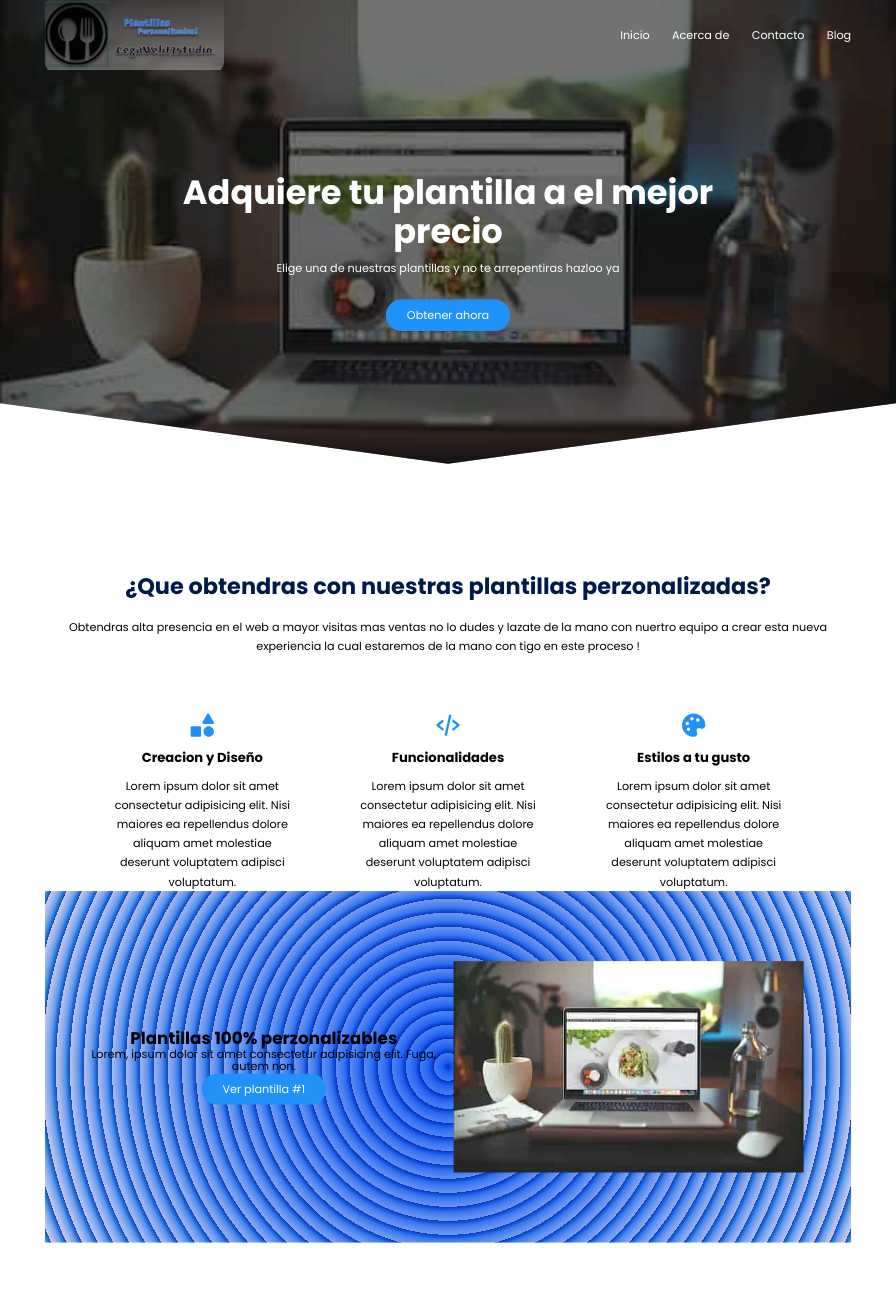
Repository: cega17/una-pagina-web
Page: index.html
An editor plug-in stored every save of this project. The page is shown before and after the next save, followed by the edit.
The browser window is 1280 px wide. The pictures show the whole page, at 70% of full size.

Above is the page before, as saved 2023-10-30 09:35:44.

### index.html
<!DOCTYPE html>
<html lang="en">
<head>
    <meta charset="UTF-8">
    <meta http-equiv="X-UA-Compatible" content="IE=edge">
    <meta name="viewport" content="width=device-width, initial-scale=1.0">
    <title>Una pagina web</title>
    <link rel="stylesheet" href="./css/normalize.css">
    <link rel="stylesheet" href="./css/styles.css">
    <link rel="icon" href="./imgs/logo.ico">
    <meta name="theme-color" content="#2091F9">

    <meta name="title" content="Obten la plantilla para tu negocio">
    <meta name="description"
        content="Hola, somos un equipo de desarrollo web que verás cuando busques algo de mi temática en Google.">
        <meta property="og:type" content="website">
    <meta property="og:url" content="Tu cueta donde este alojada la pagina web">

</head>
<body>

    <header class="hero">
        <nav class="nav container">
            <div class="nav__logo">
                <img src="./imgs/logo.ico" alt="" class="nav__title">
            </div>

            <ul class="nav__link nav__link--menu">
                <li class="nav__items">Inicio</li>
                <li class="nav__items">Acerca de</li>
                <li class="nav__items">Contacto</li>
                <li class="nav__items">Blog</li>

                <img src="./imgs/close.svg" alt="" class="nav__close">

            </ul>
            <div class="nav__menu">
                <img src="./imgs/menu.svg" alt="" class="nav__img">
            </div>
        </nav>

        <section class="hero__container container">
            <h1 class="hero__title">Adquiere tu plantilla a el mejor precio</h1>
            <p class="hero__paragraph">Elige una de nuestras plantillas y no te arrepentiras hazloo ya</p>
            <a href="#" class="cta">Obtener ahora</a>

        </section>

    </header>

    <main>

        <section class="container about">
            <h2 class="subtitle">¿Que obtendras con nuestras plantillas perzonalizadas?</h2>

            <p class="about__paragraph">Obtendras alta presencia en el web a mayor visitas mas ventas no lo dudes y lazate de la mano con nuertro equipo a crear esta nueva experiencia la cual estaremos de la mano con tigo en este proceso !
            </p>

            <div class="about__main">

                <article class="about__icons">
                    <img src="./imgs/shapes.svg" alt="" class="about__icon">
                    <h3 class="about__title">Creacion y Diseño</h3>
                    <p class="about__paragraph">Lorem ipsum dolor sit amet consectetur adipisicing elit. Nisi maiores ea repellendus dolore aliquam amet molestiae deserunt voluptatem adipisci voluptatum.</p>
                </article>

                <article class="about__icons">
                    <img src="./imgs/code.svg" alt="" class="about__icon">
                    <h3 class="about__title">Funcionalidades</h3>
                    <p class="about__paragraph">Lorem ipsum dolor sit amet consectetur adipisicing elit. Nisi maiores ea repellendus dolore aliquam amet molestiae deserunt voluptatem adipisci voluptatum.</p>
                </article>

                <article class="about__icons">
                    <img src="./imgs/paint.svg" alt="" class="about__icon">
                    <h3 class="about__title">Estilos a tu gusto </h3>
                    <p class="about__paragraph">Lorem ipsum dolor sit amet consectetur adipisicing elit. Nisi maiores ea repellendus dolore aliquam amet molestiae deserunt voluptatem adipisci voluptatum.</p>
                </article>

            </div>

            <section class="knowledge">
                <div class="knowledge__container container">
                    <div class="knowledge__texts">
                        <h2 class="subtitle__knowledge">Plantillas 100% perzonalizables</h2>
                        <p class="knowledge__paragraph">Lorem, ipsum dolor sit amet consectetur adipisicing elit. Fuga, autem non.</p>
                        <a href="" class="cta">Ver plantilla #1</a>
                    </div>

                <figure class="knowledge__picture">
                    <img src="./imgs/fondo-una-pagina.jpg" class="knowledge__img" alt="">

                </figure>
            </section>
        </div>

    </main>

</body>
</html>

### css/styles.css
@import url('https://fonts.googleapis.com/css2?family=Poppins:wght@300;400;600;700&display=swap');

:root {
    --padding-container: 100px 0;
    --color-title: #001A49;
}

body {
    font-family: 'Poppins', sans-serif;
}
.container{
    width: 90%;
    max-width: 1200px;
    margin: 0 auto;
    overflow: hidden;
    padding: var(--padding-container);
}

.hero{

    width: 100%;
    height: 100vh;
    min-height: 600px;
    max-height: 800px;
    position: relative;
    display: grid;
    grid-template-rows: 100px 1fr;
    color: #fff;
}

.hero::before{
    content: "";
    position: absolute;
    top: 0;
    left: 0;
    width: 100%;
    height: 100%;
    background-image: linear-gradient(180deg, #0000008c 0%, #0000008c 100%), url('../imgs/fondo-una-pagina.jpg');
    background-size: cover;
    clip-path: polygon(0 0, 100% 0, 100% 80%, 50% 92%, 0 80%);
    z-index: -1;
}

/* Inicio de nav*/

.nav{
    --padding-container:0;
    height: 100%;
    display:flex;
    align-items: center;
}
.nav__title{
    font-weight: 300;
}

.nav__link{
    margin-left: auto;
    padding: 0;
    display: grid;
    grid-auto-flow: column;
    grid-auto-columns: max-content;
    gap: 2em;
}
.nav__items{
    list-style: none;
}
.nav__links{
    color:#fff;
    text-decoration: none;
}
.nav__menu{
    margin-left: auto;
    cursor: pointer;
    display:none;
}
.nav__img{
    display: block;
    width: 30px;
}
.nav__close{
    display: var(--show, none);
}

/* fin de nav */

/* Inicio hero container */

.hero__container{
    max-width: 800px;
    --padding-container:0;
    display: grid;
    grid-auto-rows: max-content;
    align-content: center;
    gap: 1em;
    padding-bottom: 100px;
    text-align: center;
}
.nav__logo{
    background:linear-gradient(180deg, #4441418c 0%, #aeaaaa84 100%);
    border-radius:15px;


}
.hero__title{
    font-size: 3rem;

}
.hero__paragraph{
    margin-bottom: 20px;

}
.cta{
    display: inline-block;
    background-color: #2091f9;
    justify-self: center;
    color:#fff;
    text-decoration: none;
    padding:13px 30px ;
    border-radius: 32px;
}

/* Inicio about */

.about{
    text-align: center;
}
.subtitle{
    color: var( --color-title);
    font-size: 2rem;
    margin-bottom: 25px;
}
.about__paragraph{
    line-height: 1.7;
}
.about__main{
    padding-top: 80px;
    display: grid;
    width: 90%;
    margin: 0 auto;
    gap: 1em;
    overflow: hidden;
    grid-template-columns: repeat(auto-fit, minmax(260px, auto));
}
.about__icons{
    display: grid;
    gap: 1em;
    justify-items: center;
    width: 260px;
    overflow: hidden;
    margin: 0 auto;
}
.about__icon{
    width: 40px;
}

/* Fin about */

/* Inicio knowledge */

.knowledge{
    background-color: #e5e5f7;
    background-image: radial-gradient(circle at center center, #3d86fc, #e5e5f7), repeating-radial-gradient(circle at center center, #1e5fba, #44a9f7, 10px, transparent 20px, transparent 10px);
    background-blend-mode: multiply;
    overflow: hidden;
}

.knowledge__container{
    display: grid;
    grid-template-columns: 1fr 1fr;
    gap: 1em;
    align-items:center;


}
.knowledge__picture{
    max-width: 500px;
}
.knowledge__img{
    width: 100%;
    display: block;
}

### imgs/close.svg
<svg xmlns="http://www.w3.org/2000/svg" width="24" height="24" viewBox="0 0 24 24" style="fill: #fff);transform: ;msFilter:;"><path d="M12 2C6.486 2 2 6.486 2 12s4.486 10 10 10 10-4.486 10-10S17.514 2 12 2zm4.207 12.793-1.414 1.414L12 13.414l-2.793 2.793-1.414-1.414L10.586 12 7.793 9.207l1.414-1.414L12 10.586l2.793-2.793 1.414 1.414L13.414 12l2.793 2.793z"></path></svg>

### imgs/menu.svg
<svg xmlns="http://www.w3.org/2000/svg" width="24" height="24" viewBox="0 0 24 24" style="fill: #fff);transform: ;msFilter:;"><path d="M4 6h16v2H4zm4 5h12v2H8zm5 5h7v2h-7z"></path></svg>

### imgs/shapes.svg
<svg xmlns="http://www.w3.org/2000/svg" width="24" height="24" viewBox="0 0 24 24" style="fill: #2091f9;transform: ;msFilter:;"><path d="M17.867 2.504c-.355-.624-1.381-.623-1.736 0l-3.999 7A1 1 0 0 0 13 11h8a1.001 1.001 0 0 0 .868-1.496l-4.001-7zM3 22h7a1 1 0 0 0 1-1v-7a1 1 0 0 0-1-1H3a1 1 0 0 0-1 1v7a1 1 0 0 0 1 1zm14.5-9c-2.481 0-4.5 2.019-4.5 4.5s2.019 4.5 4.5 4.5 4.5-2.019 4.5-4.5-2.019-4.5-4.5-4.5z"></path></svg>

### imgs/code.svg
<svg xmlns="http://www.w3.org/2000/svg" width="24" height="24" viewBox="0 0 24 24" style="fill:  #2091f9;transform: ;msFilter:;"><path d="m7.375 16.781 1.25-1.562L4.601 12l4.024-3.219-1.25-1.562-5 4a1 1 0 0 0 0 1.562l5 4zm9.25-9.562-1.25 1.562L19.399 12l-4.024 3.219 1.25 1.562 5-4a1 1 0 0 0 0-1.562l-5-4zm-1.649-4.003-4 18-1.953-.434 4-18z"></path></svg>

### imgs/paint.svg
<svg xmlns="http://www.w3.org/2000/svg" width="24" height="24" viewBox="0 0 24 24" style="fill:  #2091f9;transform: ;msFilter:;"><path d="M9.38 21.646A9.985 9.985 0 0 0 12 22l.141-.001a2.998 2.998 0 0 0 2.515-1.425c.542-.876.6-1.953.153-2.88l-.198-.415c-.453-.942-.097-1.796.388-2.281.485-.485 1.341-.841 2.28-.388h.001l.413.199a2.99 2.99 0 0 0 2.881-.153A2.997 2.997 0 0 0 22 12.141a9.926 9.926 0 0 0-.353-2.76c-1.038-3.827-4.353-6.754-8.246-7.285-3.149-.427-6.241.602-8.471 2.833S1.666 10.247 2.096 13.4c.53 3.894 3.458 7.208 7.284 8.246zM15.5 6a1.5 1.5 0 1 1 0 3 1.5 1.5 0 0 1 0-3zm-5-1a1.5 1.5 0 1 1 0 3 1.5 1.5 0 0 1 0-3zM9 15.506a1.5 1.5 0 1 1-3 0 1.5 1.5 0 0 1 3 0zm-2.5-6.5a1.5 1.5 0 1 1-.001 3.001A1.5 1.5 0 0 1 6.5 9.006z"></path></svg>

Loaded but not shown: css/normalize.css (library)

After the next save:
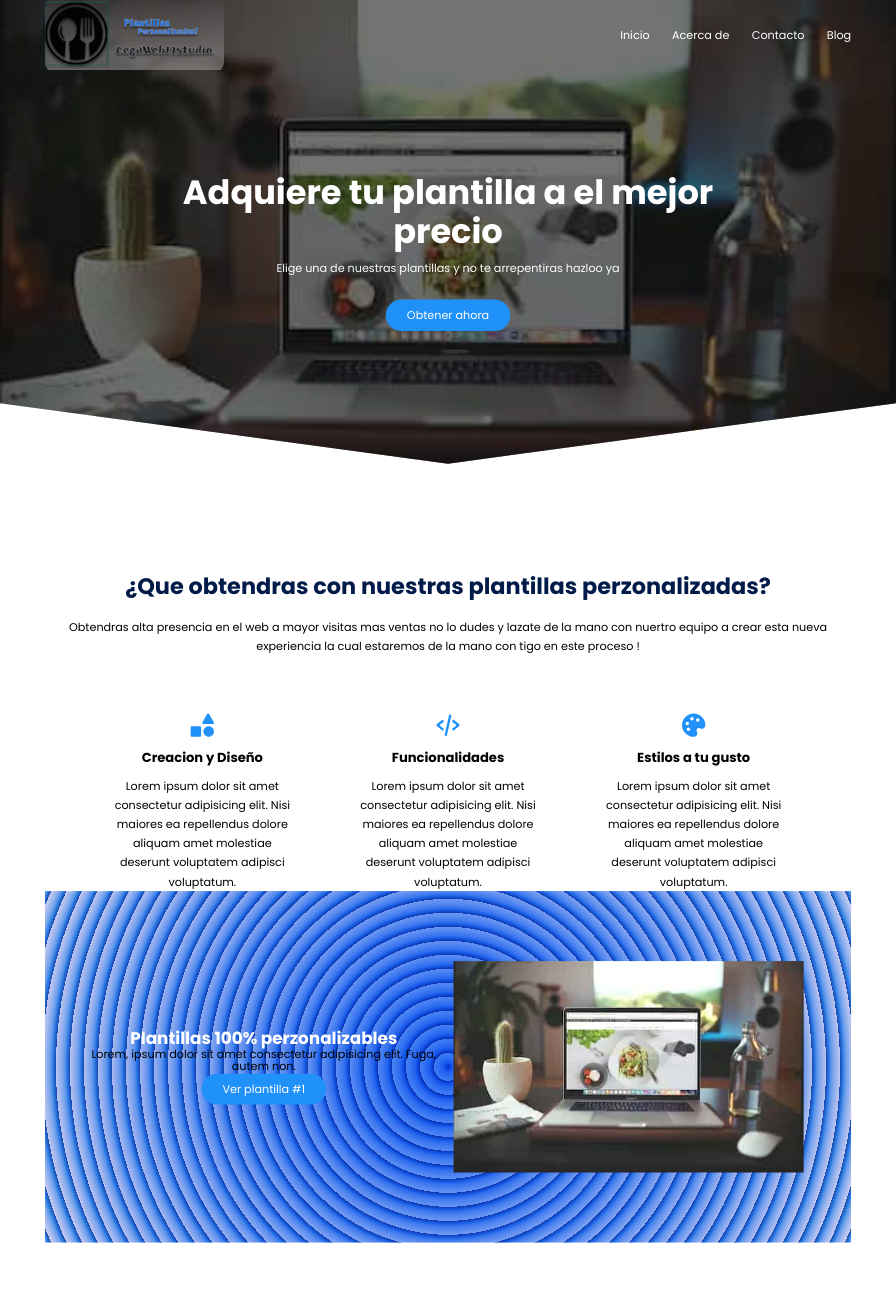
Saved 115 s later.
--- a/css/styles.css
+++ b/css/styles.css
@@ -172,6 +172,9 @@ body {
 
 
 }
+.subtitle__knowledge{
+    color: white;
+}
 .knowledge__picture{
     max-width: 500px;
 }
